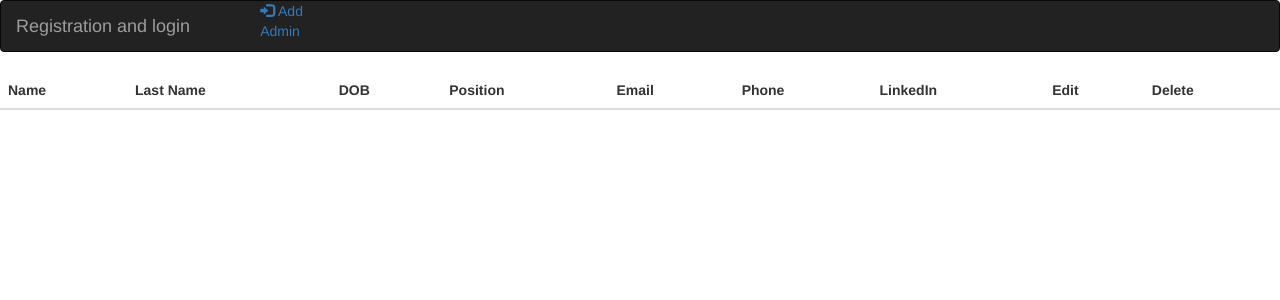
Repository: vinayvinay25794/RegistrationDemo
Page: http://localhost/allRegistrations
The author's editor kept a copy of each file at every save. The page is drawn from the files as they stood at one save, then again after the next save.
The browser window is 1280 px wide. The pictures show the whole page.
The page is this project's Thymeleaf template; nobody is signed in. The template is opened directly, without the code that normally fills it, so the values that code supplies are empty.

Above is the page before, as saved 2021-03-18 07:11:00.

### Hibernate/src/main/resources/templates/allRegistrations.html
<!DOCTYPE html>
<html xmlns:th="http://www.thymeleaf.org">
<head>
<meta charset="ISO-8859-1">
<title>Registration</title>
<link rel="stylesheet" href="https://maxcdn.bootstrapcdn.com/bootstrap/3.3.7/css/bootstrap.min.css" integrity="sha384-BVYiiSIFeK1dGmJRAkycuHAHRg32OmUcww7on3RYdg4Va+PmSTsz/K68vbdEjh4u" crossorigin="anonymous">

</head>
<body>



	<nav class="navbar navbar-inverse">
	  <div class="container-fluid">
	    <div class="navbar-header">
	      <button type="button" class="navbar-toggle " data-toggle="collapse" data-target="#navbar" arira-expanded="false" aria-contriols="navbar">
	        <span class="icon-bar"></span>
	        <span class="icon-bar"></span>
	        <span class="icon-bar"></span>
	      </button>
	      <a class="navbar-brand" href="#" th:href="@{/}">Registration and login</a>
	      <div class="nav navbar-nav navbar-right">
	      <div class="col-md-10 col-md-offset-500">
					<span><a href="/" th:href="@{/registration}">
					<span class="glyphicon glyphicon-log-in" aria-hidden="true"></span>&nbsp;Add Admin
					</a></span>
					</div>
				</div>

				<div id="navbar" class="nav navbar-nav navbar-right">
				<ul >

					<li sec:authorize="isAuthenticated()"><a th:href="@{/logout}">
					<span class="glyphicon glyphicon-log-in" aria-hidden="true"></span>&nbsp;Logout
					</a></li>
				</ul>
			</div>
	    </div>
	   </div>


	</nav>

	<table class="table table-hover">
    <thead>
        <tr>
            <th> Name </th>
           <th> Last Name </th>
            <th> DOB </th>
            <th> Position </th>
            <th> Email </th>
            <th> Phone </th>
            <th> LinkedIn </th>
            <th> Edit </th>
            <th> Delete </th>
        </tr>
    </thead>
    <tbody>
        <tr th:each="emp : ${allEmps}">
            <td><span th:text="${emp.firstName}"> firstName </span></td>
            <td><span th:text="${emp.lastName}"> lastName </span></td>
            <td><span th:text="${emp.dateOfBirth}"> dateOfBirth </span></td>
            <td><span th:text="${emp.applyingForPosition}"> applyingForPosition </span></td>
            <td><span th:text="${emp.emailId}"> emailId </span></td>
            <td><span th:text="${emp.phone}"> phone </span></td>
            <td><span th:text="${emp.LinkedIn}"> LinkedIn </span></td>
         	<td><a th:href="@{/edit/{id}(id=${emp.id})}">Edit</a></td>
            <td><a th:href="@{/delete/{id}(id=${emp.id})}">Delete</a></td>

        </tr>
    </tbody>
</table>


				<!--  <div>
					<span><a href="/" th:href="@{/registration}">Add Admin</a></span>
				</div>-->
				<!--  <div id="navbar" class="collapse navbar-collapse">
				<ul class="nav navbar-nav">
					<li sec:authorize="isAuthenticated()"><a th:href="@{/logout}">Logout</a></li>
				</ul>
			</div>-->
			<!--  <div id="navbar" class="collapse navbar-collapse">
				<ul class="nav navbar-nav">
					<li sec:authorize="isAuthenticated()"><a th:href="@{/logout}">Logout</a></li>
				</ul>
			</div>-->

</body>
</html>

After the next save:
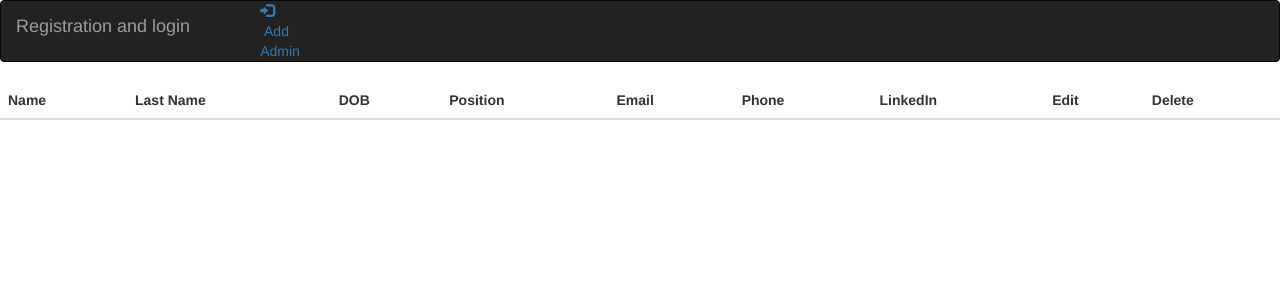
Saved 62 s later.
--- a/Hibernate/src/main/resources/templates/allRegistrations.html
+++ b/Hibernate/src/main/resources/templates/allRegistrations.html
@@ -20,7 +20,7 @@
 	      </button>
 	      <a class="navbar-brand" href="#" th:href="@{/}">Registration and login</a>
 	      <div class="nav navbar-nav navbar-right">
-	      <div class="col-md-10 col-md-offset-500">
+	      <div class="col-md-1 col-md-offset-500">
 					<span><a href="/" th:href="@{/registration}">
 					<span class="glyphicon glyphicon-log-in" aria-hidden="true"></span>&nbsp;Add Admin
 					</a></span>
